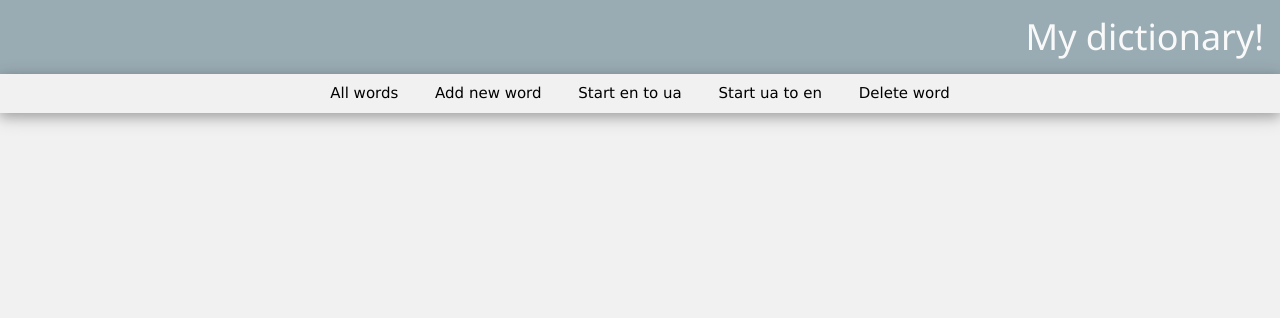
Repository: OleksandrDoskaliukKN313/IIC
Page: WebDictionary/WebContent/index.html
The author's editor kept a copy of each file at every save. The page is drawn from the files as they stood at one save, then again after the next save.
The browser window is 1280 px wide. The pictures show the whole page.

Above is the page before, as saved 2020-10-12 10:00:53.

### WebDictionary/WebContent/index.html
<!DOCTYPE html>
<html>
<head>
<meta charset="UTF-8">
<title>Insert title here</title>
<link rel="stylesheet" href="w3.css">
</head>
<body class="w3-light-grey">
<div class="w3-container w3-blue-grey w3-opacity w3-right-align">
        <h1>My dictionary!</h1>
    </div>
    <div class=" w3-center">       <!-- content -->
        <div class="w3-card-4 w3-display-container ">    <!-- buttons holder -->
            <button class="w3-btn w3-hover-green w3-round-large" onclick="location.href='allWords'">All words</button>
            <button class="w3-btn w3-hover-green w3-round-large" onclick="location.href='addWord'">Add new word</button>
            <button class="w3-btn w3-hover-green w3-round-large" onclick="location.href='en_ua'">Start en to ua</button>
            <button class="w3-btn w3-hover-green w3-round-large" onclick="location.href='ua_en'">Start ua to en</button>
            <button class="w3-btn w3-hover-green w3-round-large" onclick="location.href='deleteWord'">Delete word</button>
        </div>
    </div>
</body>
</html>

Loaded but not shown: WebDictionary/WebContent/w3.css (library)

After the next save:
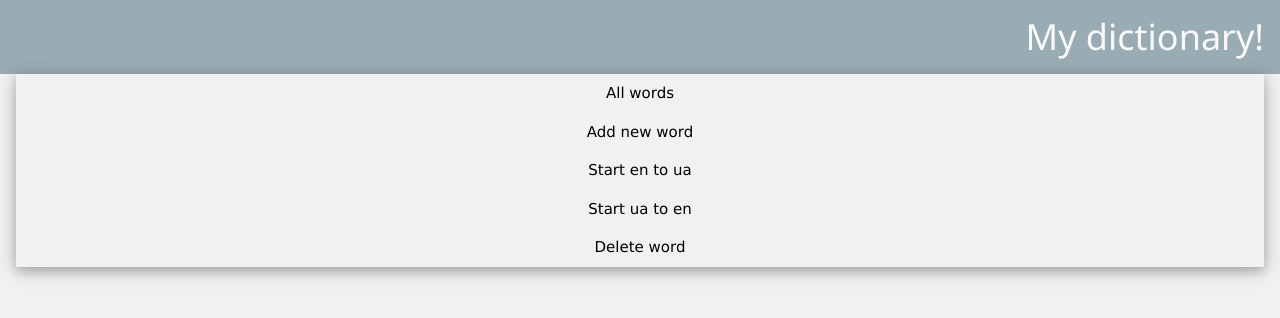
Saved 9 s later.
--- a/WebDictionary/WebContent/index.html
+++ b/WebDictionary/WebContent/index.html
@@ -9,8 +9,8 @@
 <div class="w3-container w3-blue-grey w3-opacity w3-right-align">
         <h1>My dictionary!</h1>
     </div>
-    <div class=" w3-center">       <!-- content -->
-        <div class="w3-card-4 w3-display-container ">    <!-- buttons holder -->
+    <div class="w3-container w3-center">       <!-- content -->
+        <div class="w3-card-4 w3-display-container w3-flex">    <!-- buttons holder -->
             <button class="w3-btn w3-hover-green w3-round-large" onclick="location.href='allWords'">All words</button>
             <button class="w3-btn w3-hover-green w3-round-large" onclick="location.href='addWord'">Add new word</button>
             <button class="w3-btn w3-hover-green w3-round-large" onclick="location.href='en_ua'">Start en to ua</button>
